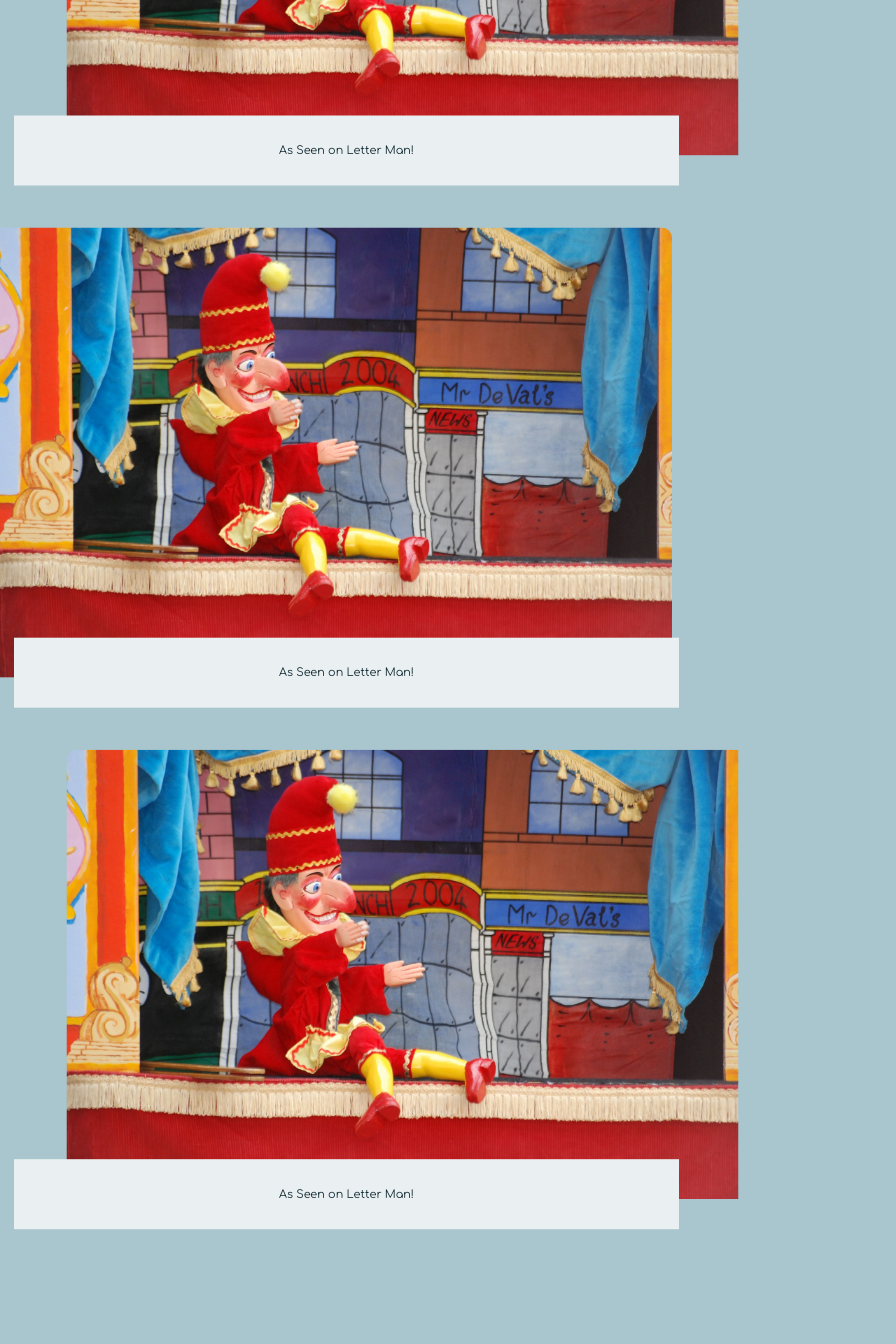
Repository: Sbethm/wink
Page: index.html
The author's editor kept a copy of each file at every save. The page is drawn from the files as they stood at one save, then again after a run of saves.
The browser window is 1280 px wide. The pictures show the part of the page from y = 3190 to 5110 px (the page is 5486 px tall), at 70% of full size.
The style sheet was rebuilt from its Sass, Less or Tailwind sources for each picture, by a compiler version that may differ from the author's.

Above is the page before, as saved 2021-08-30 15:50:35.

### index.html
<!DOCTYPE html>
<html lang="en">
<head>
    <meta charset="UTF-8">
    <meta http-equiv="X-UA-Compatible" content="IE=edge">
    <meta name="viewport" content="width=device-width, initial-scale=1.0">
    <link rel="preconnect" href="https://fonts.googleapis.com">
    <link rel="preconnect" href="https://fonts.gstatic.com" crossorigin>
    <link href="https://fonts.googleapis.com/css2?family=Acme&family=Comfortaa:wght@400;500;600;700&family=Indie+Flower&display=swap" rel="stylesheet">
    <!--
        font-family: 'Acme', sans-serif;
        font-family: 'Comfortaa', cursive;
        font-family: 'Indie Flower', cursive;
    -->

    <link rel="stylesheet" href="./CSS/main.css">
    <title>Document</title>
</head>
<body>
    <header id="headerBg">
        <h1 id="logo">Wink</h1>
        <div class="menu--btn">
            <ul class="menu">
                <li class="menu--item">Shows</li>
                <li class="menu--item">Wink</li>
                <li class="menu--item">Calender</li>
                <li class="menu--item">Contact</li>
            </ul>
        </div>
    </header>
    <main>
        <section class="main--slideshow">
            <!--images are set on automatic slide-->
                <img src="./img/img1.jpg" alt="" id="slide--img">
                <img src="./img/img2.jpg" alt="" id="slide--img">
                <img src="./img/img3.jpg" alt="" id="slide--img">
            <div class="slideshow--quote">Comedy for the Whole Family!</div>
        </section>
        <!--SHOWS-
            Description of Wink's shows. What does he do? Who are the shows geared towards? etc.-->
        <section class="event">
            <div class="container container--event">
                <h2 class="heading--center">Events</h2>
                <div class="event--slideshow">
                    <!--each div is set on a swipe slide-->
                    <a href=""><div class="event--retreats event--slide">
                        <p class="event--type">Retreats</p>
                    </div></a>
                    <a href=""><div class="event--schools event--slide">
                        <p class="event--type">Schools</p>
                    </div></a>
                    <a href=""><div class="event--events event--slide">
                        <p class="event--type">Events</p>
                    </div></a>
                </div>
            </div>
        </section>
         <!--WINK-
            Who is Wink? A little about Wink and his past experience as a showman -->
        <section class="wink">
            <div class="container container--wink">
                <h2 class="heading--center">Wink Danenberg</h2>
                <div class="img--container">
                    <img src="./img/img2.jpg" alt="" class="img--set--left">
                </div>
                <p class="text--full--center">
                    …about Wink Danenberg
                    Standing at 6 foot 4… 240 pounds- Wink Danenberg is responsible for the laughter of audiences  across the country. His comedy juggling, unicycling, and audience participation have kept people  entertained and enthralled at countless events, including festivals, comedy clubs, schools, cruise
                    ships, and libraries. His high energy and raw antics are a perfect blend to captivate and amaze  both the audience and himself. Wink Danenberg, a true original, is the only juggler who: offers a  full money back guarantee, can drive a standard with one hand, and has never taken a selfie.
                </p>
            </div>
        </section>
         <!--REFERENCES-
            A section with a link to references for Wink's shows-->
        <section class="references cover">
            <button class="reference--btn">References</button>
        </section>
         <!--EXPERIENCE HIGHLIGHTS-
            A section that shows some of the highlights of his experience-->
        <section class="experience">
            <div class="container container--experience">
                <h2 class="heading--center">Highlights</h2>
                <div class="experience--block">
                    <div class="img--container">
                        <img src="./img/img2.jpg" alt="" class="img--set--right">
                    </div>
                    <p class="text--small--center">As Seen on Letter Man!</p>
                </div>
                <div class="experience--block">
                    <div class="img--container">
                        <img src="./img/img2.jpg" alt="" class="img--set--left">
                    </div>
                    <p class="text--small--center">As Seen on Letter Man!</p>
                </div>
                <div class="experience--block">
                    <div class="img--container">
                        <img src="./img/img2.jpg" alt="" class="img--set--right">
                    </div>
                    <p class="text--small--center">As Seen on Letter Man!</p>
                </div>
            </div>
        </section>
         <!--CONTACT-
            email and (maybe) phone information about how to contact Wink-->
        <section class="contact cover">
            <button class="contact--btn">Contact</button>
        </section>
    </main>
    <footer></footer>
    <script src="./JS/main.js"></script>
</body>
</html>

### JS/main.js
//
const slides = document.querySelectorAll('#slide--img');
const headerBg = document.getElementById('headerBg');
const logo = document.getElementById('logo');

//CHANGING HEADER ON SCROLL
window.onscroll = function() {
    if (window.scrollY > 130) {
        headerBg.style.background = 'none';
        headerBg.style.borderBottom = 'solid 1px aliceblue';
        logo.style.color = 'aliceblue';
    } else {
        headerBg.style.background = 'aliceblue';
        headerBg.style.borderBottom = 'solid 1px rgb(13, 81, 139)';
        logo.style.color = 'rgb(13, 81, 139)';
    }
  }

//INDEX MAIN SLIDESHOW
setInterval(nextImg, 4000);

let currentImg = 0;
slides[currentImg].style.opacity = 1;

function nextImg() {
    slides[currentImg].style.opacity = 0;
    currentImg = (currentImg + 1) % slides.length;
    slides[currentImg].style.opacity = 1;
}

### SCSS/main.scss
@import "./resets", "./variables";


//GENERAL STYLING
body{
    background-color: $bgColor1;
}

section {
    width: 100vw;
    height: fit-content;
    background-color: $bgColor1;
    color: $accentColor1;
    font-family: $mainFont;
    font-size: 1rem;
}

.container {
    margin: 60px 20px;
    padding: 60px 0;
    width: calc(100vw - 40px);
    background-color: $bgColor1;
    border-top: solid 2px $accentColor2;
    border-bottom: solid 2px $accentColor2;
}

.heading--center {
    padding-bottom: 60px;
    width: 100%;
    font-family: $accentFont;
    font-size: 2.5rem;
    text-align: center;
}

a {
    text-decoration: none;
}

p {
    font-family: $mainFont;
    font-size: 1rem;
    line-height: 1.5rem;
}

.img--set--left {
    width: 75vw;
    position: relative;
    left: -20px;
    z-index: 1;
    border-radius: 0 15px 15px 0;
}

.img--set--right {
    width: 75vw;
    position: relative;
    right: -75px;
    z-index: 1;
    border-radius: 15px 0 0 15px;
}

//HEADER AND MAIN SLIDESHOW
header {
    position: fixed;
    top: 0;
    height: 2rem;
    width: 100vw;
    padding: 1rem;
    z-index: 9;
    overflow: hidden;
    background: aliceblue;
    border-bottom: solid 1px rgb(13, 81, 139);
    transition: all 0.50s ease-in;

    & h1 {
        font-family: $accentFont;
        font-size: 2rem;
        color: rgb(13, 81, 139);
        transition: all 0.50s ease-in;
    }
}

.menu--item{
    display: none;
}

.main--slideshow {
    height: 100vh;
    width: 100vw;
    background-color: #000;
}

#slide--img {
    position: absolute;
    top: 0;
    left: 0;
    width: 100%;
    height: 100%;
    object-fit: cover;
    overflow: hidden;
    opacity: 0;
    transition: all 0.75s ease-in;
    z-index: 0;
}

.slideshow--quote {
    position: absolute;
    top: calc(100vh - 75vh);
    width: 100vw;
    font-size: 100px;
    font-family: $headerFont;
    font-weight: 800;
    color: aliceblue;
    text-align: center;
}

//EVENTS
.event{
    padding-top: 20px;
}

.event--slideshow {
    display: flex;
    flex-direction: row;
    overflow: scroll;

    & .event--slide {
        margin: 10px;
        width: 8rem;
        height: 10rem;
        display: grid;
        background-image: url(../img/img1.jpg);
        box-shadow: 10px 5px 5px rgba(100, 100, 100, 0.377);
        grid-template-columns: 100%;
        justify-items: center;
        align-items: center;

        & .event--type {
            padding: 5px;
            width: 75%;
            background-color: $bgColor2;
            font-family: $accentFont;
            color: $accentColor1;
            text-align: center;
        }
    }
}

//ABOUT WINK
.container--wink {
    margin: 0 20px;
    padding: 20px 0;
    border: hidden;
}

.text--full--center {
    position: relative;
    padding: 10px;
    top: -60px;
    z-index: 2;
    background-color: $bgColor2;
}

//REFERENCES and CONTACT
.cover {
    width: 100vw;
    height: 50vh;
    display: flex;
    justify-content: center;
    align-items: center;
    background-image: url(../img/img1.jpg);

    & button {
        width: 10rem;
        height: 4rem;
        font-family: $accentFont;
        font-size: 1.5rem;
        color: $accentColor1;
        background-color: $bgColor2;
        border: hidden;
    }
}

//EXPERIENCE HIGHLIGHTS
.container--experience{
    border-top: hidden;
    border-bottom: hidden;
}

.text--small--center{
    width: 75%;
    height: 5rem;
    padding: 10px;
    position: relative;
    top: -60px;
    z-index: 2;
    background-color: $bgColor2;
    text-align: center;
    line-height: 5rem;
}

//CONTACT *see references

### SCSS/_variables.scss
//FONTS
$headerFont: 'Acme', sans-serif;
$accentFont: 'Indie Flower', cursive;
$mainFont: 'Comfortaa', cursive;

//COLORS
// $bgColor1: rgb(207, 184, 169);
// $bgColor2: rgb(241, 237, 234);
// $accentColor1: rgb(53, 33, 19);
// $accentColor2: rgb(83, 50, 27);
$bgColor1: rgb(169, 198, 207);
$bgColor2: rgb(234, 240, 241);
$accentColor1: rgb(19, 43, 53);
$accentColor2: rgb(51, 114, 141);

Loaded but not shown: SCSS/_resets.scss (common file)

After the next 3 saves:
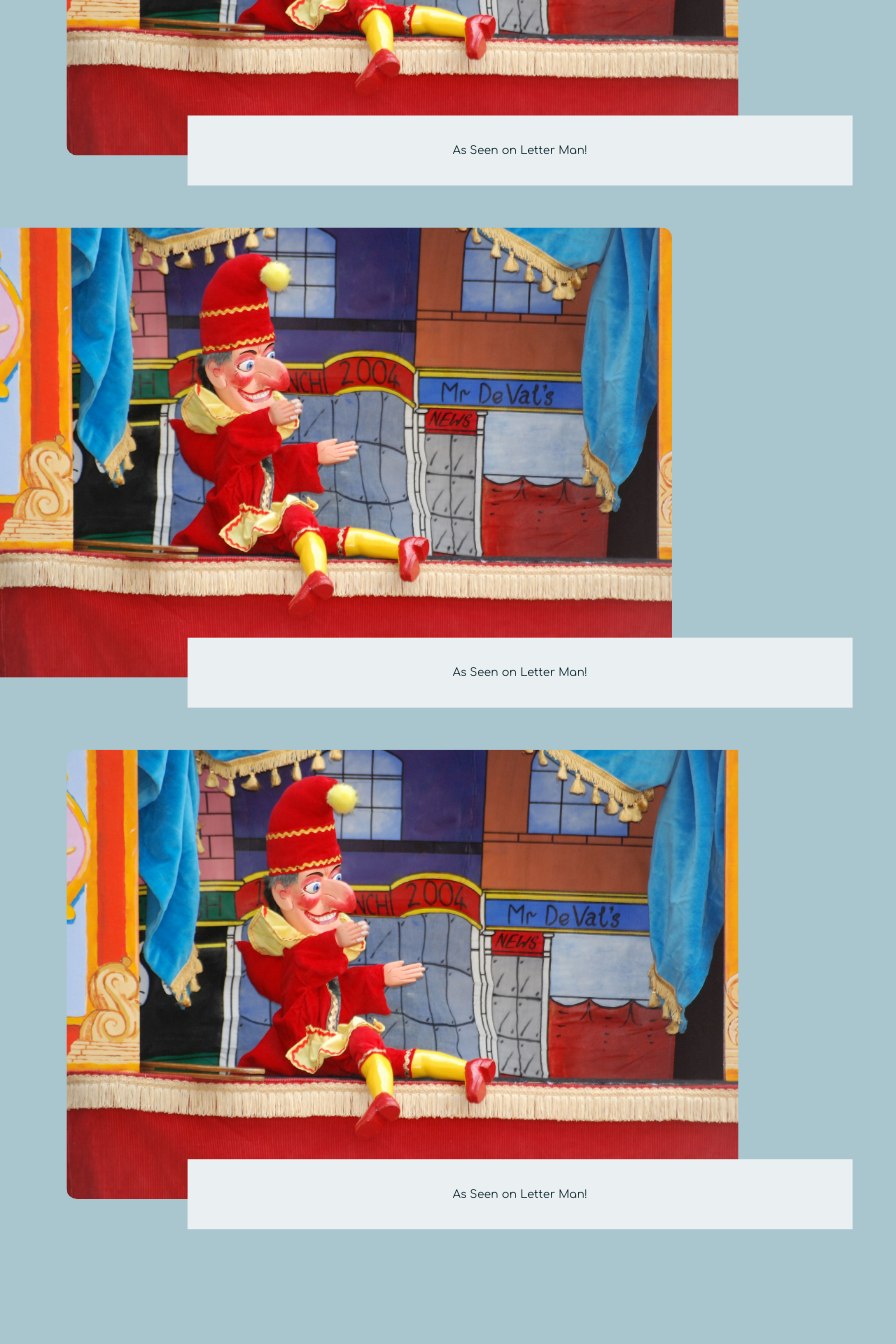
The 3 saves are shown as one change because they came seconds apart.
The last was saved 66 s later.
--- a/SCSS/main.scss
+++ b/SCSS/main.scss
@@ -189,6 +189,7 @@ header {
 .text--small--center{
     width: 75%;
     height: 5rem;
+    margin: 0 20%;
     padding: 10px;
     position: relative;
     top: -60px;
